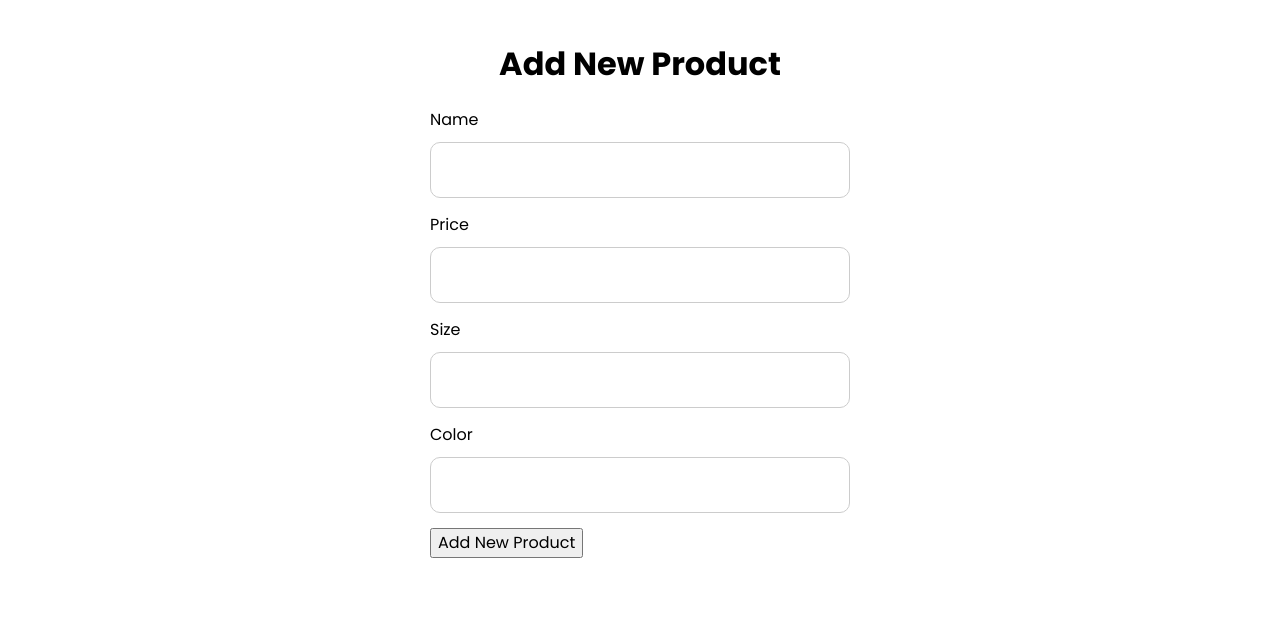
Repository: hoang0508/ReactJsHoiDanIT
Page: /form
The author's editor kept a copy of each file at every save. The page is drawn from the files as they stood at one save, then again after the next save.
The browser window is 1280 px wide. The pictures show the whole page.
The project was rebuilt for these pictures with package versions that can differ from the ones it lists, and the page was loaded fresh each time.

Above is the page before, as saved 2022-02-15 10:02:48.

### public/index.html
<!DOCTYPE html>
<html lang="en">
  <head>
    <meta charset="utf-8" />
    <link rel="icon" href="%PUBLIC_URL%/favicon.ico" />
    <meta name="viewport" content="width=device-width, initial-scale=1" />
    <meta name="theme-color" content="#000000" />
    <meta
      name="description"
      content="Web site created using create-react-app"
    />
    <link rel="apple-touch-icon" href="%PUBLIC_URL%/logo192.png" />
    <!--
      manifest.json provides metadata used when your web app is installed on a
      user's mobile device or desktop. See https://developers.google.com/web/fundamentals/web-app-manifest/
    -->
    <link rel="manifest" href="%PUBLIC_URL%/manifest.json" />
    <!--
      Notice the use of %PUBLIC_URL% in the tags above.
      It will be replaced with the URL of the `public` folder during the build.
      Only files inside the `public` folder can be referenced from the HTML.

      Unlike "/favicon.ico" or "favicon.ico", "%PUBLIC_URL%/favicon.ico" will
      work correctly both with client-side routing and a non-root public URL.
      Learn how to configure a non-root public URL by running `npm run build`.
    -->
    <link rel="preconnect" href="https://fonts.googleapis.com" />
    <link rel="preconnect" href="https://fonts.gstatic.com" crossorigin />
    <link
      href="https://fonts.googleapis.com/css2?family=Poppins:ital,wght@0,300;0,400;0,500;0,600;0,700;1,600&family=Red+Hat+Display:wght@300;400;500;600;700&display=swap"
      rel="stylesheet"
    />
    <title>React App</title>
  </head>
  <body>
    <noscript>You need to enable JavaScript to run this app.</noscript>
    <div id="root"></div>
    <!--
      This HTML file is a template.
      If you open it directly in the browser, you will see an empty page.

      You can add webfonts, meta tags, or analytics to this file.
      The build step will place the bundled scripts into the <body> tag.

      To begin the development, run `npm start` or `yarn start`.
      To create a production bundle, use `npm run build` or `yarn build`.
    -->
  </body>
</html>

### src/index.css
body {
  margin: 0;
  font-family: "Poppins", sans-serif;
  font-size: 16px;
  -webkit-font-smoothing: antialiased;
  -moz-osx-font-smoothing: grayscale;
}

code {
  font-family: source-code-pro, Menlo, Monaco, Consolas, "Courier New",
    monospace;
}

### src/App.js
// import logo from "./logo.svg";
import "./App.css";
import AddNewProduct from "./components/Form/AddNewProduct";
// import Home from "./components/TodoApp/Home";

const App = () => {
  return (
    <>
      <AddNewProduct />
    </>
  );
};

export default App;

### src/App.css
*,
*::before,
*::after {
  box-sizing: border-box;
}
body,
h1,
h2,
h3,
h4,
h5,
h6,
p,
figure,
picture {
  margin: 0;
}
body {
  min-height: 100vh;
  line-height: 1.5;
}
input,
button,
select,
textarea {
  font: inherit;
}
img,
picture {
  display: block;
  max-width: 100%;
}
/* remove animation for people who've turned them off */
@media (prefers-reduced-motion: reduce) {
  *,
  *::before,
  *::after {
    animation-duration: 0.01ms !important;
    animation-iteration-count: 1 !important;
    transition-duration: 0.01ms !important;
    scroll-behavior: auto !important;
  }
}

### src/components/Form/AddNewProduct.js
import React from "react";
import "./AddNewProduct.scss";
const AddNewProduct = () => {
  return (
    <form className="form">
      <h1 className="form-title">Add New Product</h1>
      <div className="form-group">
        <label className="form-label" htmlFor="name">
          Name
        </label>
        <input type="text" className="form-input" />
      </div>
      <div className="form-group">
        <label className="form-label" htmlFor="price">
          Price
        </label>
        <input type="text" className="form-input" />
      </div>
      <div className="form-group">
        <label className="form-label" htmlFor="name">
          Size
        </label>
        <input type="text" className="form-input" />
      </div>
      <div className="form-group">
        <label className="form-label" htmlFor="name">
          Color
        </label>
        <input type="text" className="form-input" />
      </div>
      <div>
        <button className="form-btn">Add New Product</button>
      </div>
    </form>
  );
};

export default AddNewProduct;

### src/components/Form/AddNewProduct.scss
.form {
  max-width: 500px;
  width: 100%;
  padding: 40px;
  margin: 0 auto;
  &-title {
    margin-bottom: 20px;
    text-align: center;
  }
  &-group {
    display: flex;
    flex-direction: column;
    gap: 10px;
    margin-bottom: 15px;
  }
  &-input {
    border: 1px solid #ccc;
    padding: 15px;
    border-radius: 10px;
    outline: none;
  }
}

Loaded but not shown: src/index.js (common file); src/reportWebVitals.js (common file)

After the next save:
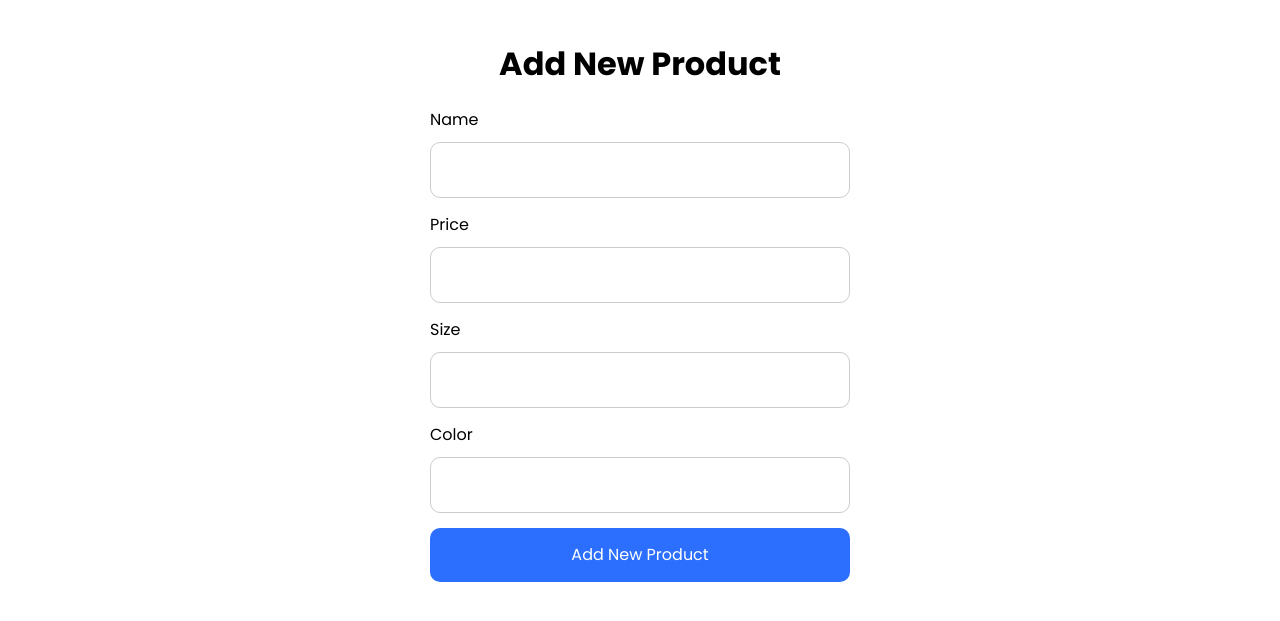
Saved 50 s later.
--- a/src/components/Form/AddNewProduct.scss
+++ b/src/components/Form/AddNewProduct.scss
@@ -19,4 +19,14 @@
     border-radius: 10px;
     outline: none;
   }
+  &-btn {
+    outline: none;
+    background-color: #2c6fff;
+    color: #fff;
+    width: 100%;
+    padding: 15px;
+    border: 0;
+    border-radius: 10px;
+    cursor: pointer;
+  }
 }
